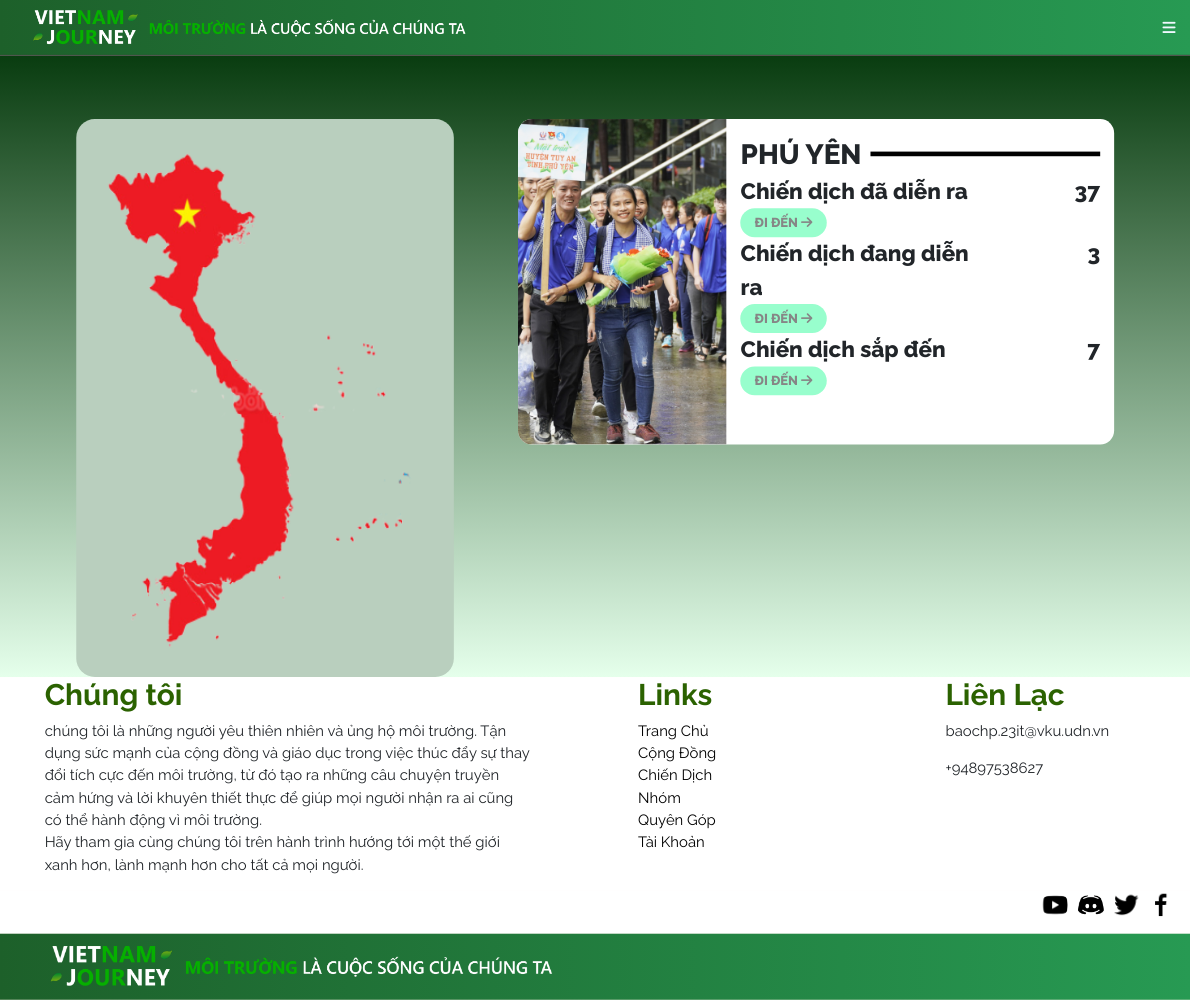
Repository: Boima12/Boima12.github.io_VietnamJourney
Page: HTML/ChienDich/ChienDich.html
The author's editor kept a copy of each file at every save. The page is drawn from the files as they stood at one save, then again after a run of saves.
The browser window is 1280 px wide. The pictures show the whole page, at 93% of full size.

Above is the page before, as saved 2024-05-25 08:02:55.

### HTML/ChienDich/ChienDich.html
<!DOCTYPE html>
<HTML lang="en">

<HEAD>
    <TITLE>Chiến Dịch</TITLE>
    <meta charset="UTF-8">
    <meta name="viewport" content="width=device-width, initial-scale=1.0">

    <!-- CSS -->
    <link rel="stylesheet" href="ChienDich.css">

    <!-- Favicon -->
    <link rel="icon" type="image/x-icon" href="../../Images/yo.ico">

    <!--Bootstrap 5-->
    <link href="https://cdn.jsdelivr.net/npm/bootstrap@5.3.3/dist/css/bootstrap.min.css" rel="stylesheet">
    <script src="https://cdn.jsdelivr.net/npm/bootstrap@5.3.3/dist/js/bootstrap.bundle.min.js"></script>
    <!-- <link rel="stylesheet" href="https://cdn.jsdelivr.net/npm/bootstrap@4.6.2/dist/css/bootstrap.min.css" integrity="sha384-xOolHFLEh07PJGoPkLv1IbcEPTNtaed2xpHsD9ESMhqIYd0nLMwNLD69Npy4HI+N" crossorigin="anonymous"> -->
    <!-- Font Awesome -->
    <link rel="stylesheet" href="https://cdnjs.cloudflare.com/ajax/libs/font-awesome/6.5.1/css/all.min.css">
</HEAD>



<BODY style="background-color: #FFF4E6;">

    <!-- header là Navigation bar -->
    <header id="header1">
        <div class="logo">
            <img class="logo1" src="../../Images/header1.png" onclick="navToIntro()" style="height: 40px;">
            <img class="logo2" src="../../Images/header2.png" onclick="navToIntro()">
        </div>

        <div class="links">
            <nav>
                <a href="../TrangChu/TrangChu.html">TRANG CHỦ</a>
                <a href="../CongDong/CongDong.html">CỘNG ĐỒNG</a>
                <a href="../ChienDich/ChienDich.html">CHIẾN DỊCH</a>
                <a href="../Nhom/Nhom.html">NHÓM</a>
                <a href="../QuyenGop/QuyenGop.html">QUYÊN GÓP</a>
                <a href="../TaiKhoan/TaiKhoan.html">TÀI KHOẢN</a>
            </nav>
        </div>

        <div class="bar" onclick="MenuBar()">
            <i class="fa-solid fa-bars"></i>
        </div>

        <div id="overlay"></div>

        <div id="sidebar">
            <div class="sidebar-content">

                <div style="color: aliceblue;text-align: right;margin-top:0;" onclick="CloseBar()"><i
                        class="fa-solid fa-bars"></i></div>

                <!-- <p>VỀ CHÚNG TÔI <i class="fa-regular fa-address-card"></i></p> -->
                <a href="../TrangChu/TrangChu.html">TRANG CHỦ <i class="fa-solid fa-house"></i></a>
                <a href="../CongDong/CongDong.html">CỘNG ĐỒNG <i class="fa-solid fa-earth-americas"></i></a>
                <a href="../ChienDich/ChienDich.html">CHIẾN DỊCH <i class="fa-solid fa-fire"></i></a>
                <a href="../Nhom/Nhom.html">NHÓM <i class="fa-solid fa-people-group"></i></a>
                <a href="../QuyenGop/QuyenGop.html">QUYÊN GÓP <i class="fa-solid fa-hand-holding-dollar"></i></a>
                <a href="../TaiKhoan/TaiKhoan.html">TÀI KHOẢN <i class="fa-solid fa-user"></i></a>
            </div>

        </div>

    </header>
    <div style="height: 3rem;"></div> <!-- Cách một khoảng cho navigation bar -->















<!-- LÀM Ở ĐÂY -->
    <div class="section-one">
        <div class="container">
            <div class="row">
                <div class="col-xl-5  col-lg-5 col-md-12 col-sm-12 col-12">
                    <div class="map">
                        <img src="./images/bando.png" alt="bản đồ việt nam">
                    </div>
                </div>
                <div class="col-xl-7 col-lg-7 col-md-12 col-sm-12 col-12">
                    <div class="right">
                        <div class="search">
                            <div class="inner-search"></div>
                            <div class="inner-combobox"></div>
                        </div>
                        <div class="content">
                            <img src="./images/anh1.jpg" alt="">
                            <div class="inner-content">
                                <div class="inner-title">
                                    <div class="inner-text">PHÚ YÊN</div>
                                    <div class="inner-line"></div>
                                </div>
                                <div class="part">
                                    <div class="inner-content">
                                        <div class="inner-title">Chiến dịch đã diễn ra</div>
                                        <div class="inner-button">ĐI ĐẾN <i class="fa-solid fa-arrow-right"></i></div>
                                    </div>
                                    <div class="inner-count">37</div>
                                </div>
                                <div class="part">
                                    <div class="inner-content">
                                        <div class="inner-title">Chiến dịch đang diễn ra</div>
                                        <div class="inner-button">ĐI ĐẾN <i class="fa-solid fa-arrow-right"></i></div>
                                    </div>
                                    <div class="inner-count">3</div>
                                </div>
                                <div class="part">
                                    <div class="inner-content">
                                        <div class="inner-title">Chiến dịch sắp đến</div>
                                        <div class="inner-button">ĐI ĐẾN <i class="fa-solid fa-arrow-right"></i></div>
                                    </div>
                                    <div class="inner-count">7</div>
                                </div>
                            </div>
                        </div>
                    </div>
                </div>
            </div>
        </div>
    </div>















    <footer>
        <div class="up">
            <div id="about">
                <h2>Chúng tôi</h2>
                <p>chúng tôi là những người yêu thiên nhiên và ủng hộ môi trường. Tận dụng sức mạnh của cộng đồng và giáo dục trong việc thúc đẩy sự thay đổi tích cực đến môi trường, từ đó tạo ra những câu chuyện truyền cảm hứng và lời khuyên thiết thực để giúp mọi người nhận ra ai cũng có thể hành động vì môi trường.<br>
                    Hãy tham gia cùng chúng tôi trên hành trình hướng tới một thế giới xanh hơn, lành mạnh hơn cho tất cả mọi người.
                </p>
            </div>

            <div id="quickLinks">
                <h2>Links</h2>
                <a href="../../HTML/TrangChu/TrangChu.html">Trang Chủ</a>
                <a href="../../HTML/CongDong/CongDong.html">Cộng Đồng</a>
                <a href="../../HTML/ChienDich/ChienDich.html">Chiến Dịch</a>
                <a href="../../HTML/Nhom/Nhom.html">Nhóm</a>
                <a href="../../HTML/QuyenGop/QuyenGop.html">Quyên Góp</a>
                <a href="../../HTML/TaiKhoan/TaiKhoan.html">Tài Khoản</a>
            </div>

            <div id="contacts">
                <h2>Liên Lạc</h2>
                <p>baochp.23it@vku.udn.vn</p>
                <p>+94897538627</p>
            </div>
        </div>


        <div class="mid">
            <a href="https://www.youtube.com/channel/UC1cpkfqLNp6I1HgNy2MUhUg"><img src="../../Images/youtube_icon.png"></a>
            <a href="https://discord.com/invite/45fkbZcj"><img src="../../Images/discord_icon.png"></a>
            <a href="https://x.com/dog_rates"><img src="../../Images/twitter_icon.png"></a>
            <a href="https://web.facebook.com/vku.udn.vn/?_rdc=1&_rdr"><img src="../../Images/facebook_icon.png"></a>
        </div>


        <div class="bot">
            <img class="logo1" src="../../Images/header1.png">
            <img class="logo2" src="../../Images/header2.png">
        </div>
    </footer>


    <!-- JavaScript -->
    <script src="../../Script/ChienDich.js"></script>
    <noscript>Your Browser doesn't support JavaScript</noscript>

</BODY>

</HTML>

### HTML/ChienDich/ChienDich.css
/* IMPORTING */
@font-face {
    font-family: Raleway;
    src: url("../../Fonts/Raleway-VariableFont_wght.ttf");
}

/* END IMPORTING */

/*BASE*/
* {
    box-sizing: border-box;
}

:root {
    --color-bg: #05390C;
    --color-green: #00FF0A;
    --color-text: #000000;
    --color-desc: #868686;
  }

body {
    color: var(--color-text);
}

/*BASE*/

/* Loại bỏ margin - padding global */
* {
    margin: 0px;
    padding: 0px;
}


/* global font */
* {
    font-family: Raleway;
}



/* NAVIGATION BAR */
header {
    display: flex;
    align-items: center;
    justify-content: space-between;
    position: fixed;
    width: 100%;
    height: 60px;
    border-bottom: 1.5px solid rgb(97, 94, 94);
    background: linear-gradient(to right, rgb(29, 96, 42), rgb(39, 154, 83));
    z-index: 999;
}


header div.logo img {
    width: auto;
    height: 2.9rem;
    /* margin-left: 3rem; */
}

header div.logo img.logo1 {
    display: block;
    padding-left: 10px;
    margin: 20px;
}

header div.logo img.logo2 {
    display: none;
}


header div.links nav {
    display: flex;
    justify-content: space-around;
    width: 100%;
}


header div.links nav a {
    margin: 0;
    padding: 0 1rem;

    cursor: pointer;

    text-decoration: none;
    color: white;
    font-size: 16px;
    font-weight: 600;
}


header div.links nav a:hover {
    color: #b8e994;
}


header div.bar {
    display: none;
    margin-right: 1rem;

    color: aliceblue;
    text-align: right;
}


header #overlay {
    display: none;
    position: fixed;

    top: 0;
    left: 0;
    width: 100%;
    height: 100%;

    background-color: rgba(0, 0, 0, 0.8);

    z-index: 9999;
}


header #sidebar {
    display: flex;
    justify-content: flex-end;
    float: right;

    position: fixed;

    top: 0;
    right: -20%;
    width: 20%;
    height: 100%;
    border: none;
    overflow: hidden;

    background: linear-gradient(to top, rgb(37, 79, 46), rgb(53, 189, 105));

    transition: right 0.3s ease-in-out;
    z-index: 10000;

}


header #sidebar.open {
    right: 0;
}


header #sidebar div.sidebar-content {
    display: flex;
    flex-direction: column;
    overflow-y: auto;
    overflow-x: hidden;
    padding: 1.5rem;
    width: 100%;
}


header #sidebar div.sidebar-content a {
    text-align: right;
    text-decoration: none;
    font-size: 1.2rem;

    color: aliceblue;
    margin-top: 1.5rem;

    margin-right: 0;
}


header #sidebar div.sidebar-content a:hover {
    color: #b8e994;
}


header #sidebar div.sidebar-content i {
    font-size: smaller;
}

/* END NAVIGATION BAR */

/* SECTION-ONE */
.section-one {
    background-image: linear-gradient(to bottom, #05390C, #E5FFEB);
    padding-top: 80px;
}

.map {
    width: 90%;
    position: relative;
    border-radius: 20px;
    max-width: 100%;
    overflow: hidden;
    height: 600px;
    object-fit: cover;
    background-color: #b9cfbe ;
}

.map img {
    width: 100%;
    height: 100%;
}

.right {
    height: 600pxx;
}

.right .content {
    display: flex;
    border-radius: 15px;
    overflow: hidden;
    height: 350px;
    background-color: white;
}

.right .content img {
    width: 35%;
    height: auto;
    object-fit: cover;
}

.right .content .inner-content {
    width: 65%;
    padding: 15px;
}

.right .content .inner-content .inner-title {
    width: 100%;
    font-size: 30px;
    font-weight: 800;
    display: flex;
    align-items: center;
}

.right .content .inner-content .inner-title .inner-text {
    display: inline-block;
}

.right .content .inner-content .inner-title .inner-line {
    flex-grow: 1;
    position: relative;
    height: 5px;
    background-color: #000000;
    line-height: 100%;
    margin-left: 10px;
}

.right .content .inner-content .part {
    width: 100%;
    display: flex;
    justify-content: space-between;
}

.right .content .inner-content .part .inner-content {
    padding: 0;
}

.right .content .inner-content .part .inner-content .inner-title{
    font-size: 24px;
}

.right .content .inner-content .part .inner-content .inner-button {
    font-size: 14px;
    font-weight: 800;
    color: var(--color-desc);
    background-color: #98FECD;
    display: inline-block;
    padding: 5px 15px 5px 15px;
    border-radius: 20px;
}

.right .content .inner-content .part .inner-count {
    font-size: 24px;
    font-weight: 800;
    text-align: center;
}

/* END SECTION-ONE */











































/* Code CSS ở đây */






































/* FOOTER */
footer div.up {
    display: flex;
    justify-content: space-around;
    gap: 1.2rem;
    width: 100%;

    background-color: white;

}


footer div.up h2 {
    font-weight: bold;
    color: #2B6200;
}


footer div.up #about {
    display: flex;
    flex-direction: column;
    justify-content: flex-start;

    width: 50%;
    padding-left: 3rem;
    padding-right: 3rem;
}


footer div.up #quickLinks {
    display: flex;
    flex-direction: column;
    justify-content: flex-start;

    width: 25%;
    padding-left: 3rem;
    padding-right: 3rem;
}


footer div.up #quickLinks a {
    text-decoration: none;
    color: black;
}


footer div.up #contacts {
    display: flex;
    flex-direction: column;
    justify-content: flex-start;

    width: 25%;
    padding-left: 3rem;
    padding-right: 3rem;
}


footer div.mid {
    display: flex;
    justify-content: flex-end;
    gap: 0.5rem;

    width: 100%;
    padding-right: 1rem;
    padding-bottom: 1rem;
    background-color: white;
}


footer div.mid a img {
    width: 30px;
    height: 30px;
}


footer div.bot {
    display: flex;
    justify-content: flex-start;

    padding-left: 3rem;
    padding-top: 0.75rem;
    padding-bottom: 0.75rem;
    width: 100%;

    background: linear-gradient(to right, rgb(29, 96, 42), rgb(39, 154, 83));
}


footer div.bot img {
    width: auto;
    height: 2.9rem;
}


footer div.bot img.logo1 {
    display: block;
}


footer div.bot img.logo2 {
    display: none;
}


/* END FOOTER */













/* RESPONSIVE DESIGN */
@media (max-width: 1380px) {
    header div.links nav a {
        display: none;
    }

    header div.bar  {
        display: block;
    }

    header #sidebar {
        right: -30%;
        width: 30%;
    }
}


@media (max-width: 950px) {
    footer div.up {
        flex-direction: column;
    }

    footer div.up #about {
        width: 100%;
    }

    footer div.up #quickLinks {
        width: 100%;
    }

    footer div.up #contacts {
        width: 100%;
    }
}


@media (max-width: 630px) {
    header {
        height: 3.5rem;
    }

    header div.logo img.logo1 {
        display: none;
    }

    header div.logo img.logo2 {
        display: block;
    }

    header div.logo img {
        width: auto;
        height: 3.5rem;
        margin-left: 14rem;
    }

    header #sidebar {
        right: -50%;
        width: 50%;
    }

    footer div.bot {
        justify-content: center;
        padding-left: 0rem;
    }

    footer div.bot img {
        height: 3.5rem;
    }

    footer div.bot img.logo1 {
        display: none;
    }

    footer div.bot img.logo2 {
        display: block;
    }
}


@media (max-width: 560px) {
    header div.logo img {
        margin-left: 8rem;
    }

    header #sidebar {
        right: -60%;
        width: 60%;
    }
}


@media (max-width: 320px) {
    header div.logo img {
        margin-left: 5rem;
    }
}

/* END RESPONSIVE DESIGN */

### Script/ChienDich.js
// header menu bar
const overlay = document.getElementById('overlay');
const sidebar = document.getElementById('sidebar');

function MenuBar() {
    overlay.style.display = 'block';
    sidebar.classList.add('open');
}

function CloseBar() {
    overlay.style.display = 'none';
    sidebar.classList.remove('open');
}


// back to intro when click the logo
function navToIntro() {
    window.location.href = '../../index.html';
}


// navigation bar background transparency
// const header = document.getElementById('header1');
// function toggle_header() {
//     if (window.screenY == 0) {
//         header.style.background = 'linear-gradient(to right, rgba(29, 96, 42, 0), rgba(39, 154, 83, 0))';
//     } else if (window.screenY < 210) {
//         header.style.background = 'linear-gradient(to right, rgba(29, 96, 42, ' + parseInt(window.scrollY)*2 / 300 + '), rgba(39, 154, 83, ' + parseInt(window.scrollY)*2 / 300 + '))';
//     } else {
//         header.style.background = 'linear-gradient(to right, rgba(29, 96, 42, 0.7), rgba(39, 154, 83, 0.7))';
//     }
// }

// window.addEventListener('scroll', toggle_header);

After the next 2 saves:
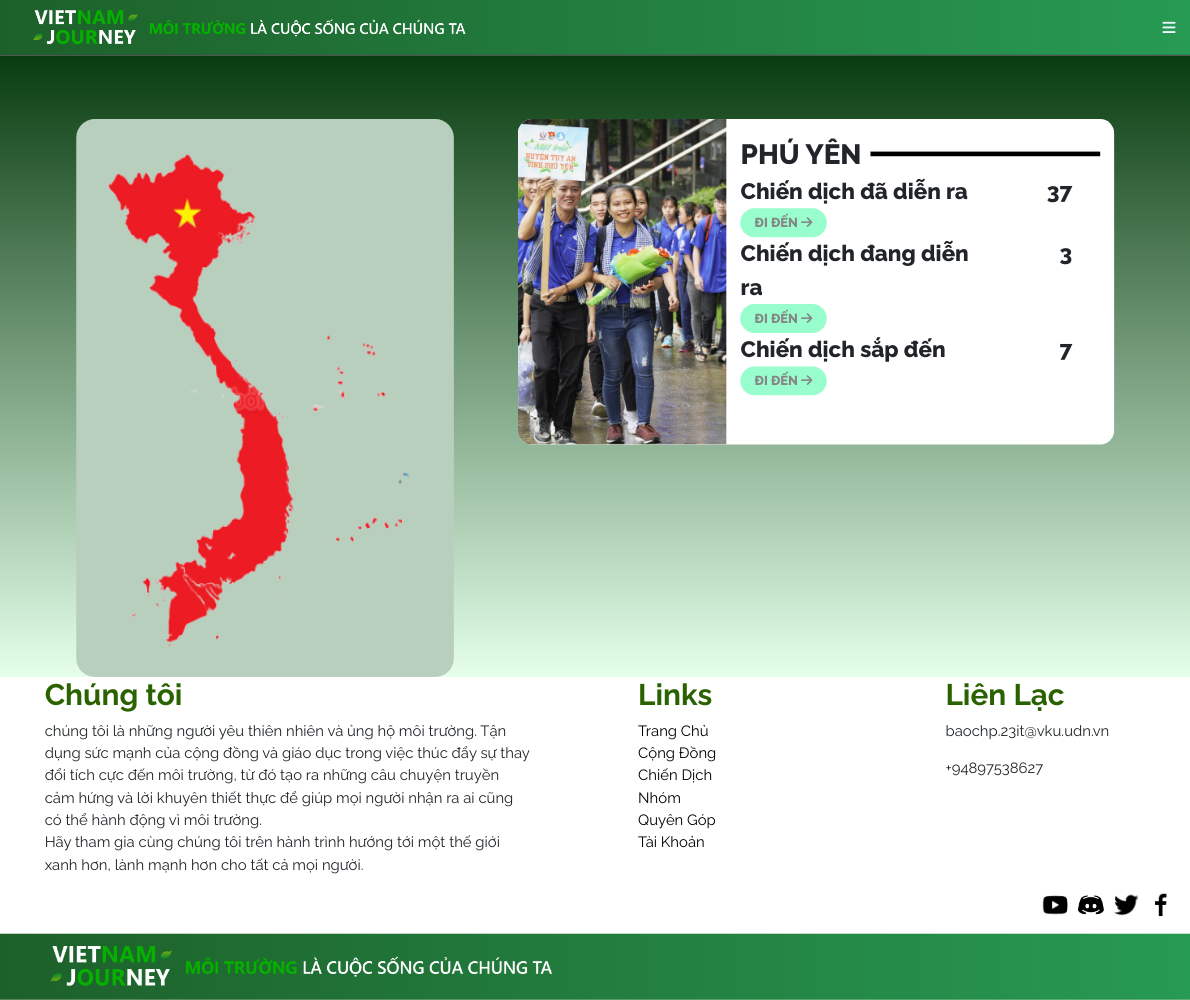
The 2 saves are shown as one change because they came seconds apart.
The last was saved 40 s later.
--- a/HTML/ChienDich/ChienDich.css
+++ b/HTML/ChienDich/ChienDich.css
@@ -272,6 +272,7 @@ header #sidebar div.sidebar-content i {
     font-size: 24px;
     font-weight: 800;
     text-align: center;
+    margin-right: 30px;
 }
 
 /* END SECTION-ONE */
